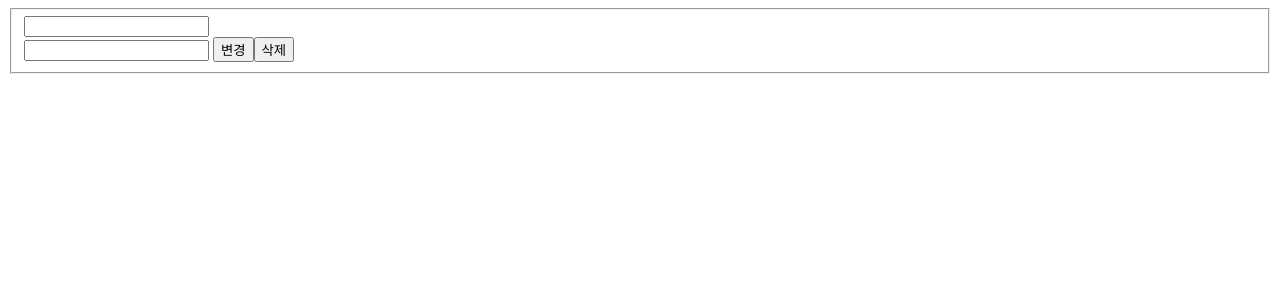
Repository: kimjaejoo/Tacademy
Page: http://localhost/Hello/cookie_test2.jsp
An editor plug-in stored every save of this project. The page is shown before and after the next save, followed by the edit.
The browser window is 1280 px wide. The pictures show the whole page.
Some web libraries are served in a nearby version. The page is served by Tomcat 9. Nobody is signed in. The application's start-up code is not run.

Above is the page before, as saved 2016-11-02 02:22:26.
Console error: SyntaxError: missing ) after argument list

After the next save:
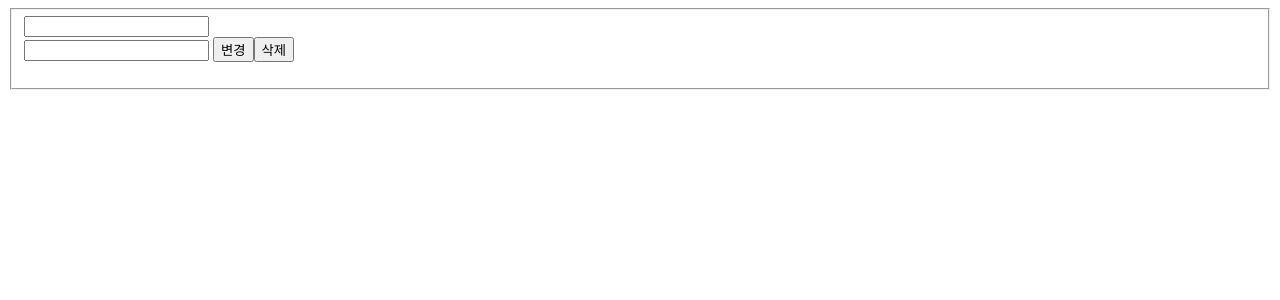
Saved 18 s later.
--- a/Hello/WebContent/cookie_test2.jsp
+++ b/Hello/WebContent/cookie_test2.jsp
@@ -70,9 +70,11 @@
 </head>
 <body>
 	<fieldset>
-		<input type="text" name="uid" value="<%=getCookie("uid", cookies) %>" /><br />
-		<input type="text" name="upw" value="<%=getCookie("age", cookies) %>" />
-		<button id="change">변경</button><button id="delete">삭제</button>
+		<form action="">
+			<input type="text" name="uid" value="<%=getCookie("uid", cookies) %>" /><br />
+			<input type="text" name="upw" value="<%=getCookie("age", cookies) %>" />
+			<button id="change">변경</button><button id="delete">삭제</button>
+		</form>
 	</fieldset>
 </body>
 </html>
